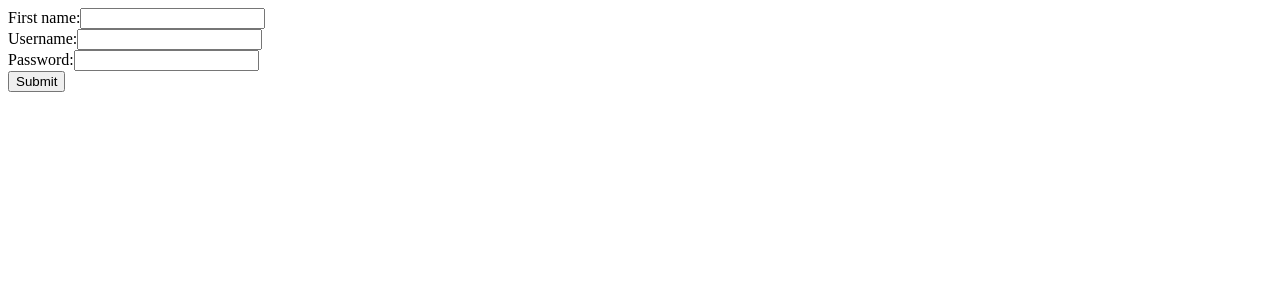
Repository: Shveta625/EmfRepository
Page: http://localhost/UserRegistration/RegisterUser.jsp
These files come from the project's save history. The page is drawn as it stood at one moment and after the next save; the edit follows.
The browser window is 1280 px wide. The pictures show the whole page.
The page is served by Tomcat 9. Other server files are loaded and not shown.

Above is the page before, as saved 2017-11-08 10:07:34.

### UserRegistration/WebContent/RegisterUser.jsp
<%@ page language="java" contentType="text/html; charset=UTF-8"
	pageEncoding="UTF-8"%>
<!DOCTYPE html PUBLIC "-//W3C//DTD HTML 4.01 Transitional//EN" "http://www.w3.org/TR/html4/loose.dtd">
<html>
<head>
<meta http-equiv="Content-Type" content="text/html; charset=UTF-8">
<title>Insert title here</title>
</head>
<body>

	<script>
		function validate() {
			var name = document.form.firstName.value;
			var username = document.form.username.value;
			var pwd = document.form.password.value;
			var confpwd = document.form.confpassword.value;
			if (firstName == null || firstName == "") {
				alert("FirstName can't be blank");
				return false;
			} else if (username == null || username == "") {
				alert("Username can't be blank");
				return false;
			} else if (pwd.length < 6) {
				alert("Password must be at least 6 characters long.");
				return false;
			} else if (pwd != confpwd) {
				alert("Confirm Password should match with the Password");
				return false;
			}
		}
	</script>

	<script>
		function showForm(a) {
			if (a == document.getElementById("form2")) {
				alert("abc: " + document.getElementById("form2").style.display == "none");
				document.getElementById("form1").style.display = "none";
				document.getElementById("form2").style.display = "block";
			} else {
				document.getElementById("form2").style.display = "none";
				document.getElementById("form3").style.display = "block";
			}

			alert("after: " + document.getElementById("form2").style.display == "none");
		}
	</script>

	<form name="form" action="RegisterUserServlet" method="post">
		First name:<input type="text" name="firstName"> <br>
		Username:<input type="text" name="username"> <br>
		Password:<input type="text" name="password"> <br> <input
			type="Submit" value="Submit">
	</form>

</body>
</html>

After the next save:
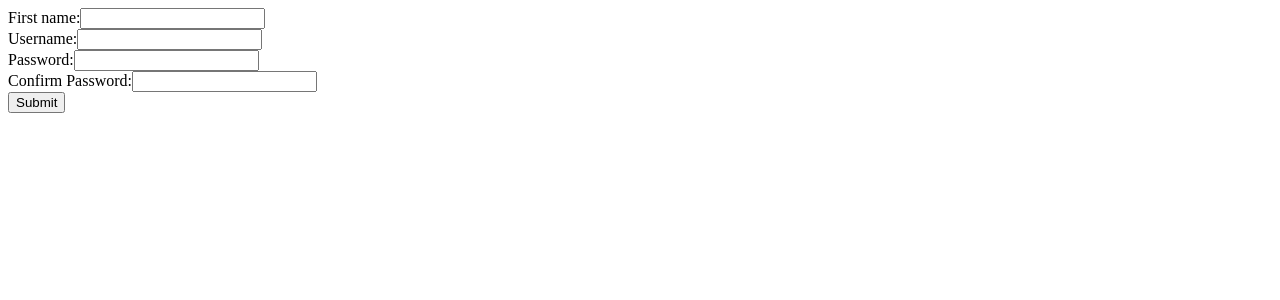
Saved 8 min 15 s later.
--- a/UserRegistration/WebContent/RegisterUser.jsp
+++ b/UserRegistration/WebContent/RegisterUser.jsp
@@ -13,7 +13,7 @@
 			var name = document.form.firstName.value;
 			var username = document.form.username.value;
 			var pwd = document.form.password.value;
-			var confpwd = document.form.confpassword.value;
+			var confPwd = document.form.confPassword.value;
 			if (firstName == null || firstName == "") {
 				alert("FirstName can't be blank");
 				return false;
@@ -23,7 +23,7 @@
 			} else if (pwd.length < 6) {
 				alert("Password must be at least 6 characters long.");
 				return false;
-			} else if (pwd != confpwd) {
+			} else if (pwd != confPwd) {
 				alert("Confirm Password should match with the Password");
 				return false;
 			}
@@ -48,8 +48,9 @@
 	<form name="form" action="RegisterUserServlet" method="post">
 		First name:<input type="text" name="firstName"> <br>
 		Username:<input type="text" name="username"> <br>
-		Password:<input type="text" name="password"> <br> <input
-			type="Submit" value="Submit">
+		Password:<input type="password" name="password"> <br>
+		Confirm Password:<input type="password" name="confPassword"> <br>
+		<input type="Submit" value="Submit">
 	</form>
 
 </body>
